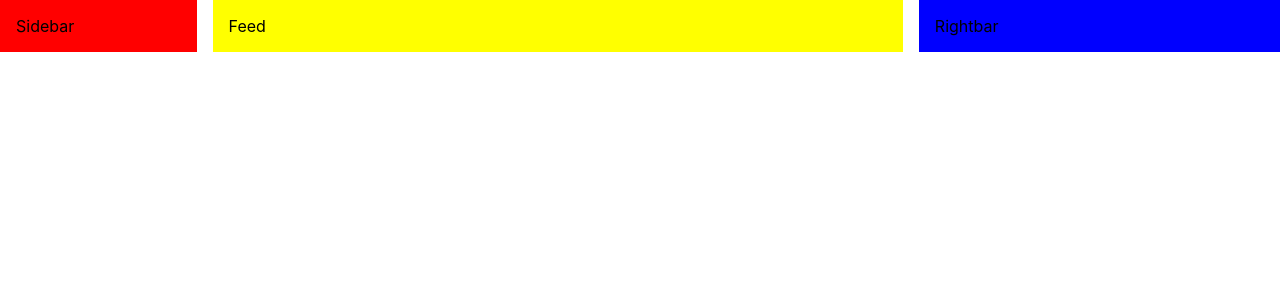
Repository: abubaker-cs/mui5_dashboard
Page: /
The author's editor kept a copy of each file at every save. The page is drawn from the files as they stood at one save, then again after the next save.
The browser window is 1280 px wide. The pictures show the whole page.
The project was rebuilt for these pictures with package versions that can differ from the ones it lists, and the page was loaded fresh each time. Also part of the build but not shown: src/App.css.

Above is the page before, as saved 2022-07-17 05:33:07.

After the next save:
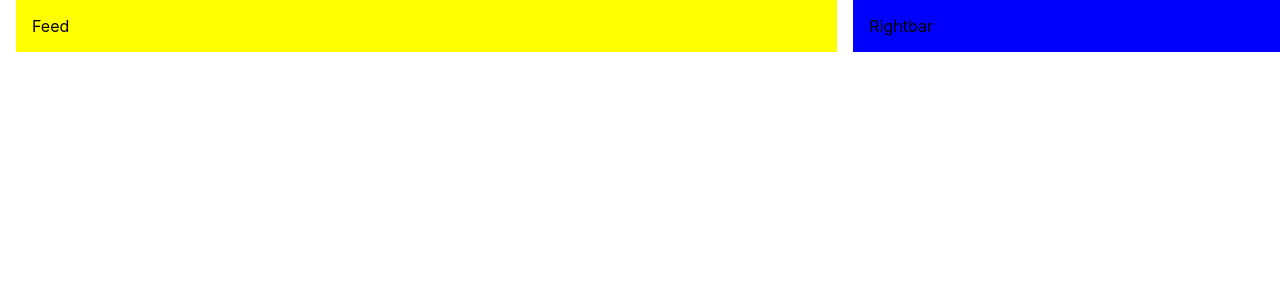
Saved 20 s later.
--- a/src/components/Sidebar.jsx
+++ b/src/components/Sidebar.jsx
@@ -3,7 +3,7 @@
 
 const Sidebar = () => {
   return (
-    <Box bgcolor="red" flex={1} p={2} sx={{ display: { sx: "none" } }}>
+    <Box bgcolor="red" flex={1} p={2} sx={{ display: { xs: "none" } }}>
       Sidebar
     </Box>
   );

After the save that followed:
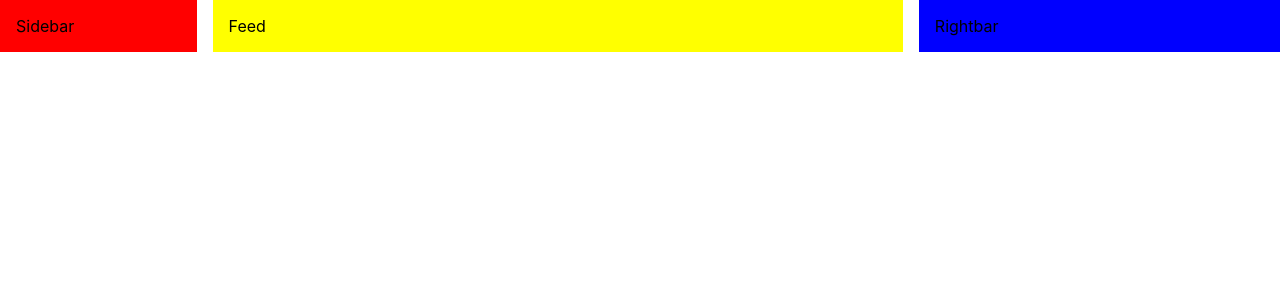
Saved 27 s later.
--- a/src/components/Sidebar.jsx
+++ b/src/components/Sidebar.jsx
@@ -3,7 +3,12 @@
 
 const Sidebar = () => {
   return (
-    <Box bgcolor="red" flex={1} p={2} sx={{ display: { xs: "none" } }}>
+    <Box
+      bgcolor="red"
+      flex={1}
+      p={2}
+      sx={{ display: { xs: "none", sm: "block" } }}
+    >
       Sidebar
     </Box>
   );
